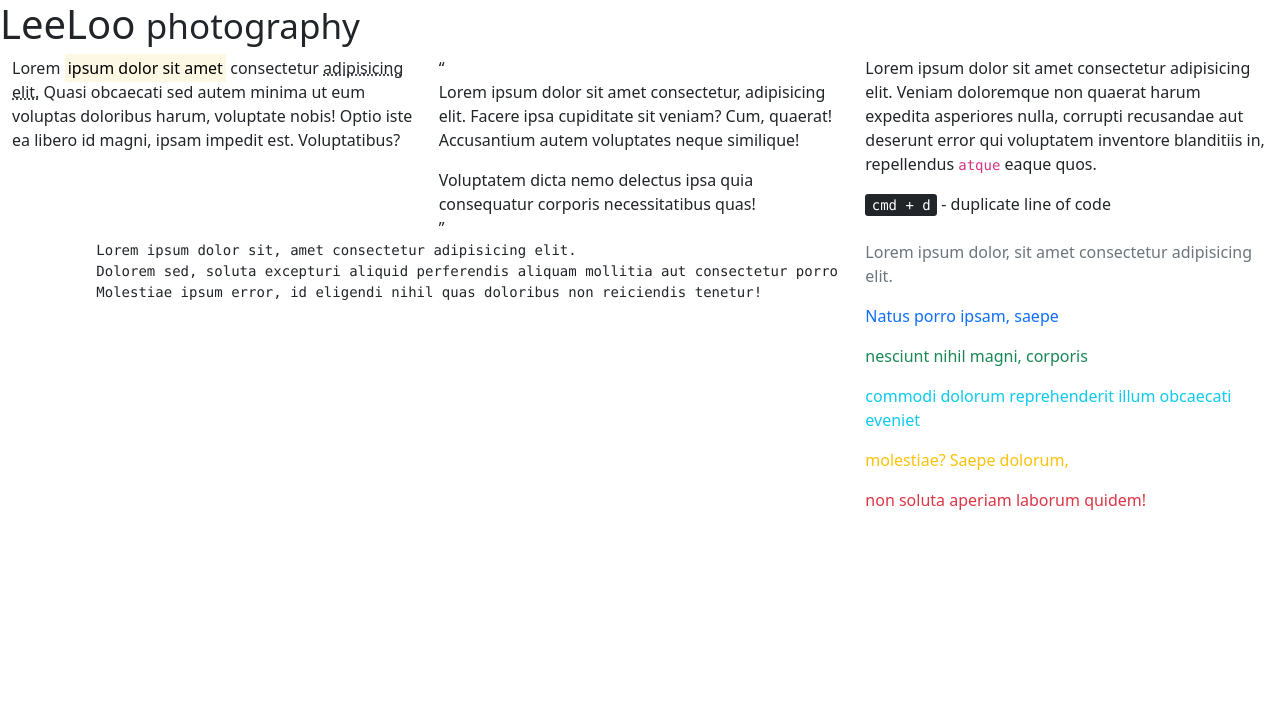
Repository: Zyzik-33/bootstrap-test
Page: index.html
The author's editor kept a copy of each file at every save. The page is drawn from the files as they stood at one save, then again after the next save.
The browser window is 1280 px wide. The pictures show the whole page.

Above is the page before, as saved 2021-01-27 14:59:38.

### index.html
<!DOCTYPE html>
<html lang="en">
<head>
  <title>LeeLoo</title>
  <meta charset="UTF-8">
  <meta name="viewport" content="width=device-width, initial-scale=1.0">
  <link href="https://cdn.jsdelivr.net/npm/bootstrap@5.0.0-beta1/dist/css/bootstrap.min.css" rel="stylesheet" integrity="sha384-giJF6kkoqNQ00vy+HMDP7azOuL0xtbfIcaT9wjKHr8RbDVddVHyTfAAsrekwKmP1" crossorigin="anonymous">
  <script src="https://ajax.googleapis.com/ajax/libs/jquery/3.5.1/jquery.min.js"></script>
  <script src="https://cdn.jsdelivr.net/npm/bootstrap@5.0.0-beta1/dist/js/bootstrap.bundle.min.js" integrity="sha384-ygbV9kiqUc6oa4msXn9868pTtWMgiQaeYH7/t7LECLbyPA2x65Kgf80OJFdroafW" crossorigin="anonymous"></script>
</head>
<body>
  <h1>LeeLoo <small>photography</small> </h1>
  <div class="container-fluid">

    <div class="row">
      <div class="col-lg-4">Lorem <mark>ipsum dolor sit amet</mark> consectetur <abbr title="Explanation">adipisicing elit.</abbr> Quasi obcaecati sed autem minima ut eum voluptas doloribus harum, voluptate nobis! Optio iste ea libero id magni, ipsam impedit est. Voluptatibus?</div>
      <div class="col-lg-4">
        <q cite="http://developer.mozilla.org">
          <p>
            Lorem ipsum dolor sit amet consectetur, adipisicing elit. Facere ipsa cupiditate sit veniam? Cum, quaerat!
             Accusantium autem voluptates neque similique!
          </p>
          <footer>
            Voluptatem dicta nemo delectus ipsa quia consequatur corporis necessitatibus quas!
          </footer>
        </q>
      </div>
      <div class="col-lg-4">
        <blockquote class="blockquote-reverse">
          <p>
            Lorem ipsum dolor sit amet consectetur adipisicing elit.
            Veniam doloremque non quaerat harum expedita asperiores nulla,
            corrupti recusandae aut deserunt error qui voluptatem inventore
            blanditiis in, repellendus <code>atque</code> eaque quos.
          </p>
          <footer><kbd>cmd + d</kbd> - duplicate line of code</footer>
        </blockquote>
      </div>
    </div>
    <div class="row">
      <div class="col-lg-8">
        <pre>
          Lorem ipsum dolor sit, amet consectetur adipisicing elit.
          Dolorem sed, soluta excepturi aliquid perferendis aliquam mollitia aut consectetur porro.
          Molestiae ipsum error, id eligendi nihil quas doloribus non reiciendis tenetur!
        </pre>
      </div>
      <div class="col-lg-4">
       <p class="text-muted"> Lorem ipsum dolor, sit amet consectetur adipisicing elit.</p>
       <p class="text-primary">Natus porro ipsam, saepe</p>
       <p class="text-success">nesciunt nihil magni, corporis</p>
       <p class="text-info">commodi dolorum reprehenderit illum obcaecati eveniet</p>
       <p class="text-warning">molestiae? Saepe dolorum,</p>
       <p class="text-danger">non soluta aperiam laborum quidem!</p>
      </div>
    </div>
  </div>
</body>
</html>

After the next save:
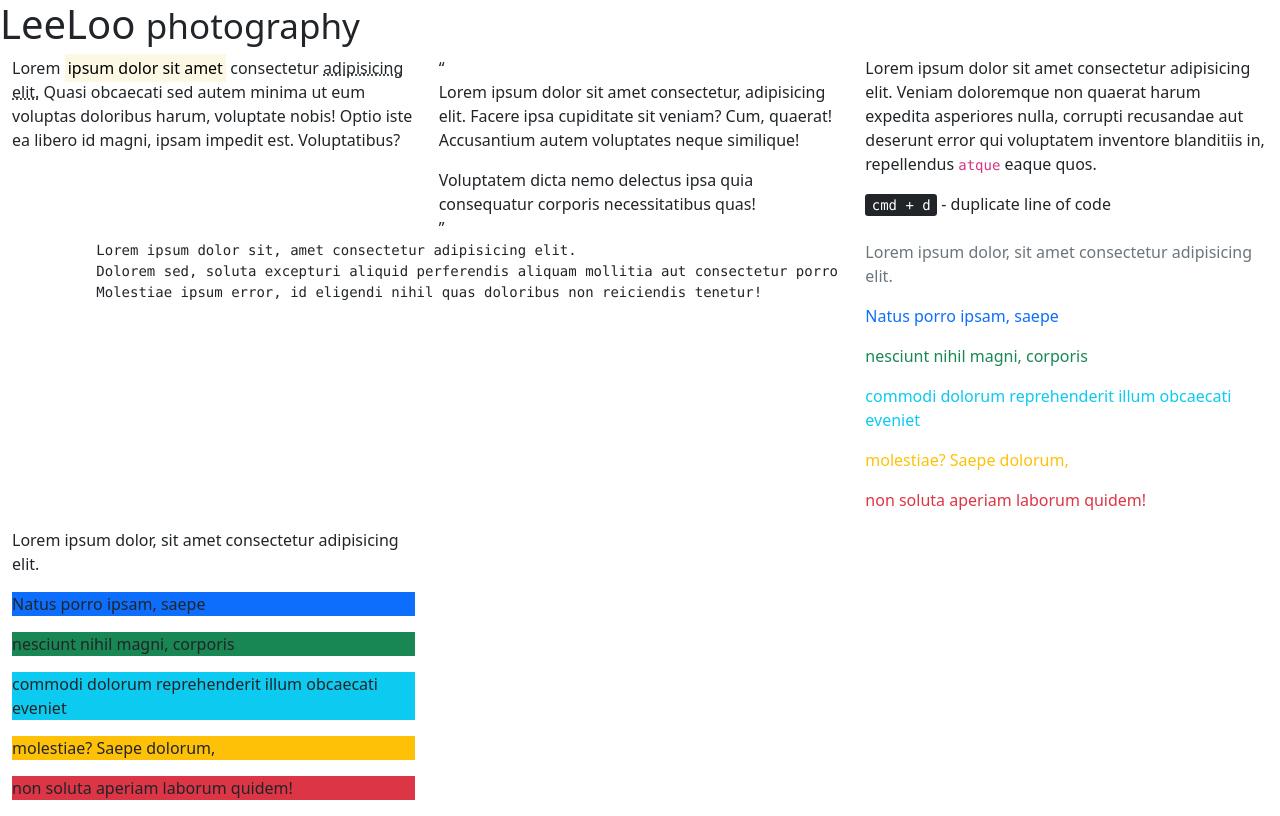
Saved 2 min 11 s later.
--- a/index.html
+++ b/index.html
@@ -54,6 +54,18 @@
        <p class="text-danger">non soluta aperiam laborum quidem!</p>
       </div>
     </div>
+    <div class="row">
+      <div class="col-lg-4">
+       <p class="bg-muted"> Lorem ipsum dolor, sit amet consectetur adipisicing elit.</p>
+       <p class="bg-primary">Natus porro ipsam, saepe</p>
+       <p class="bg-success">nesciunt nihil magni, corporis</p>
+       <p class="bg-info">commodi dolorum reprehenderit illum obcaecati eveniet</p>
+       <p class="bg-warning">molestiae? Saepe dolorum,</p>
+       <p class="bg-danger">non soluta aperiam laborum quidem!</p>
+      </div>
+      <div class="col-lg-4"></div>
+      <div class="col-lg-4"></div>
+    </div>
   </div>
 </body>
 </html>
